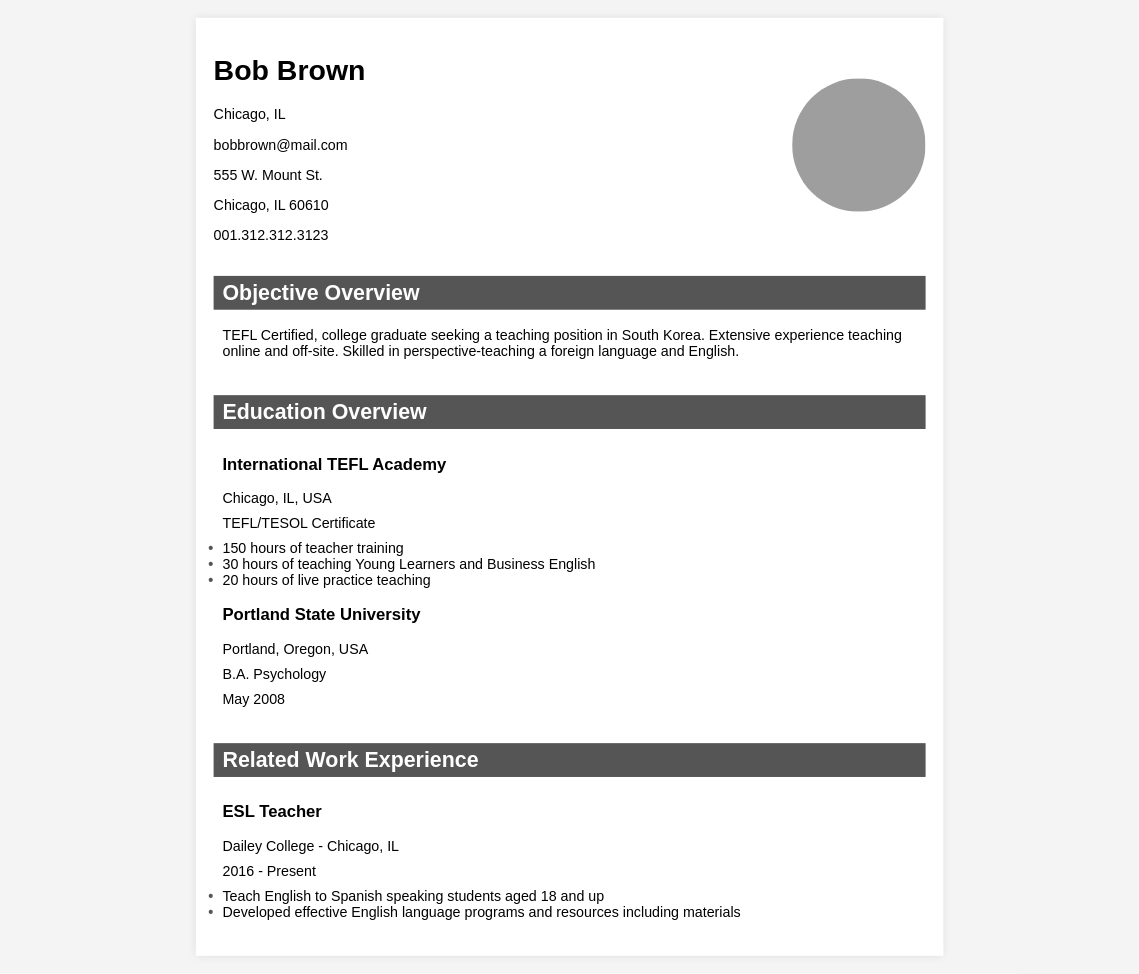
Repository: Gibekkk/WebPro
Page: Tugas Lab 1 (2)/index.html
These files come from the project's save history. The page is drawn as it stood at one moment and after the next save; the edit follows.
The browser window is 1280 px wide. The pictures show the whole page, at 89% of full size.
Pictures or frames that could not be fetched are drawn as grey boxes.

Above is the page before, as saved 2024-03-25 13:12:30.

### Tugas Lab 1 (2)/index.html
<!DOCTYPE html>
<html lang="en">
<head>
<meta charset="UTF-8">
<meta name="viewport" content="width=device-width, initial-scale=1.0">
<title>Resume</title>
<style>
  body {
    font-family: Arial, sans-serif;
    margin: 0;
    padding: 0;
    background-color: #f4f4f4;
  }
  .resume {
    width: 800px;
    margin: 20px auto;
    background-color: #fff;
    padding: 20px;
    box-shadow: 0 0 10px rgba(0, 0, 0, 0.1);
  }
  .header {
    display: flex;
    justify-content: space-between;
    align-items: center;
  }
  .header img {
    width: 150px;
    height: 150px;
    border-radius: 50%;
  }
  .header .contact-info {
    text-align: right;
  }
  .section {
    margin-top: 20px;
  }
  .section-title {
    background-color: #555;
    color: white;
    padding: 5px 10px;
    margin: 0;
  }
  .section-content {
    padding: 10px;
  }
  .section-content p, .section-content ul {
    margin: 10px 0;
  }
  .section-content ul {
    list-style-type: none;
    padding: 0;
  }
  .section-content ul li:before {
    content: "•";
    color: #555;
    font-weight: bold;
    display: inline-block;
    width: 1em;
    margin-left: -1em;
  }
</style>
</head>
<body>
<div class="resume">
  <div class="header">
    <div>
      <h1>Bob Brown</h1>
      <p>Chicago, IL</p>
      <p>bobbrown@mail.com</p>
      <p>555 W. Mount St.</p>
      <p>Chicago, IL 60610</p>
      <p>001.312.312.3123</p>
    </div>
    <div class="contact-info">
      <img src="path_to_image.jpg" alt="Bob Brown">
    </div>
  </div>
  <div class="section">
    <h2 class="section-title">Objective Overview</h2>
    <div class="section-content">
      <p>TEFL Certified, college graduate seeking a teaching position in South Korea. Extensive experience teaching online and off-site. Skilled in perspective-teaching a foreign language and English.</p>
    </div>
  </div>
  <div class="section">
    <h2 class="section-title">Education Overview</h2>
    <div class="section-content">
      <h3>International TEFL Academy</h3>
      <p>Chicago, IL, USA</p>
      <p>TEFL/TESOL Certificate</p>
      <ul>
        <li>150 hours of teacher training</li>
        <li>30 hours of teaching Young Learners and Business English</li>
        <li>20 hours of live practice teaching</li>
      </ul>
      <h3>Portland State University</h3>
      <p>Portland, Oregon, USA</p>
      <p>B.A. Psychology</p>
      <p>May 2008</p>
    </div>
  </div>
  <div class="section">
    <h2 class="section-title">Related Work Experience</h2>
    <div class="section-content">
      <h3>ESL Teacher</h3>
      <p>Dailey College - Chicago, IL</p>
      <p>2016 - Present</p>
      <ul>
        <li>Teach English to Spanish speaking students aged 18 and up</li>
        <li>Developed effective English language programs and resources including materials</li>
  <!-- More sections can be added here following the same structure -->
</div>
</body>
</html>

After the next save:
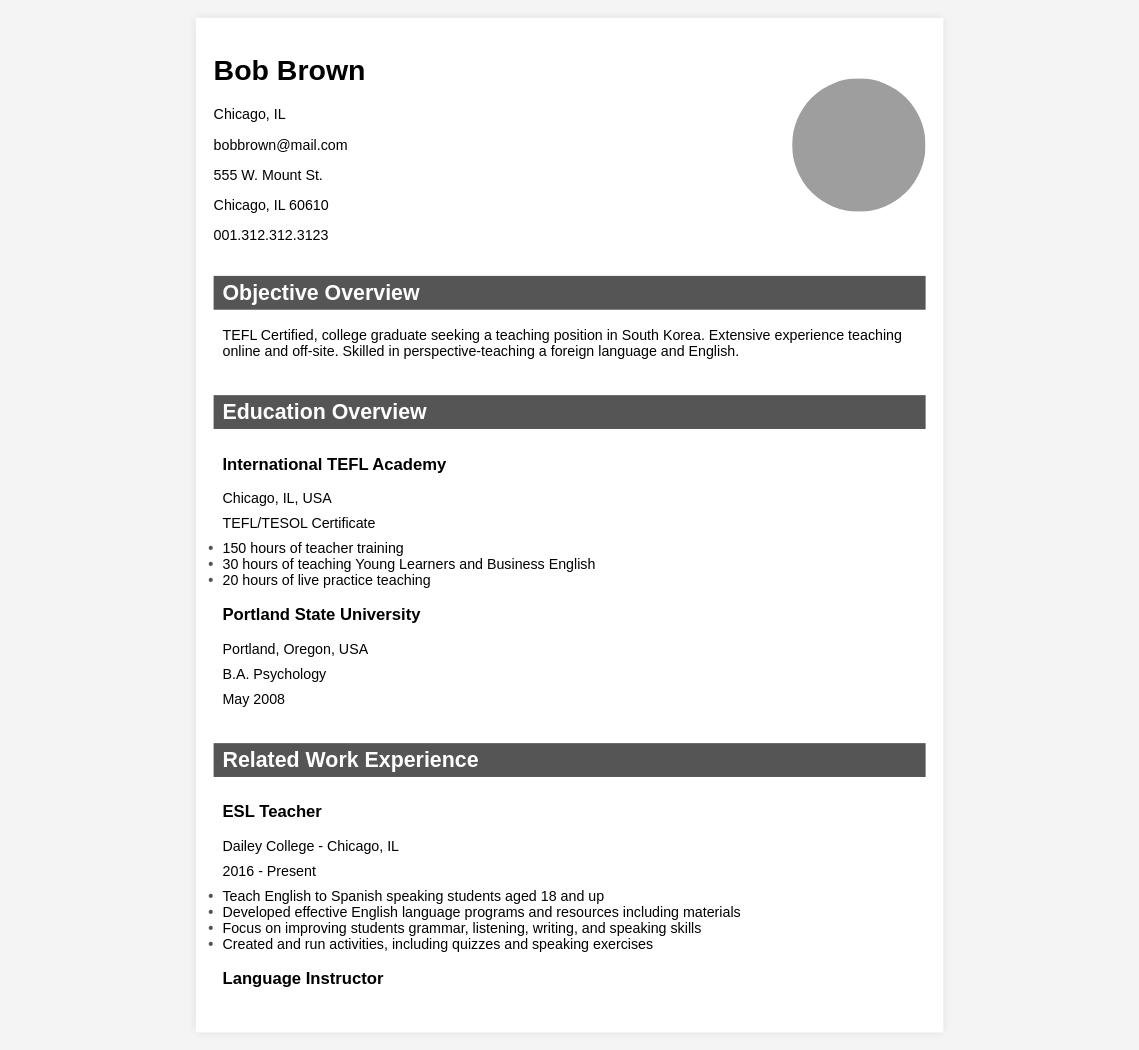
Saved 2 s later.
--- a/Tugas Lab 1 (2)/index.html
+++ b/Tugas Lab 1 (2)/index.html
@@ -107,6 +107,10 @@
       <ul>
         <li>Teach English to Spanish speaking students aged 18 and up</li>
         <li>Developed effective English language programs and resources including materials</li>
+        <li>Focus on improving students grammar, listening, writing, and speaking skills</li>
+        <li>Created and run activities, including quizzes and speaking exercises</li>
+      </ul>
+      <h3>Language Instructor</h3>
   <!-- More sections can be added here following the same structure -->
 </div>
 </body>
